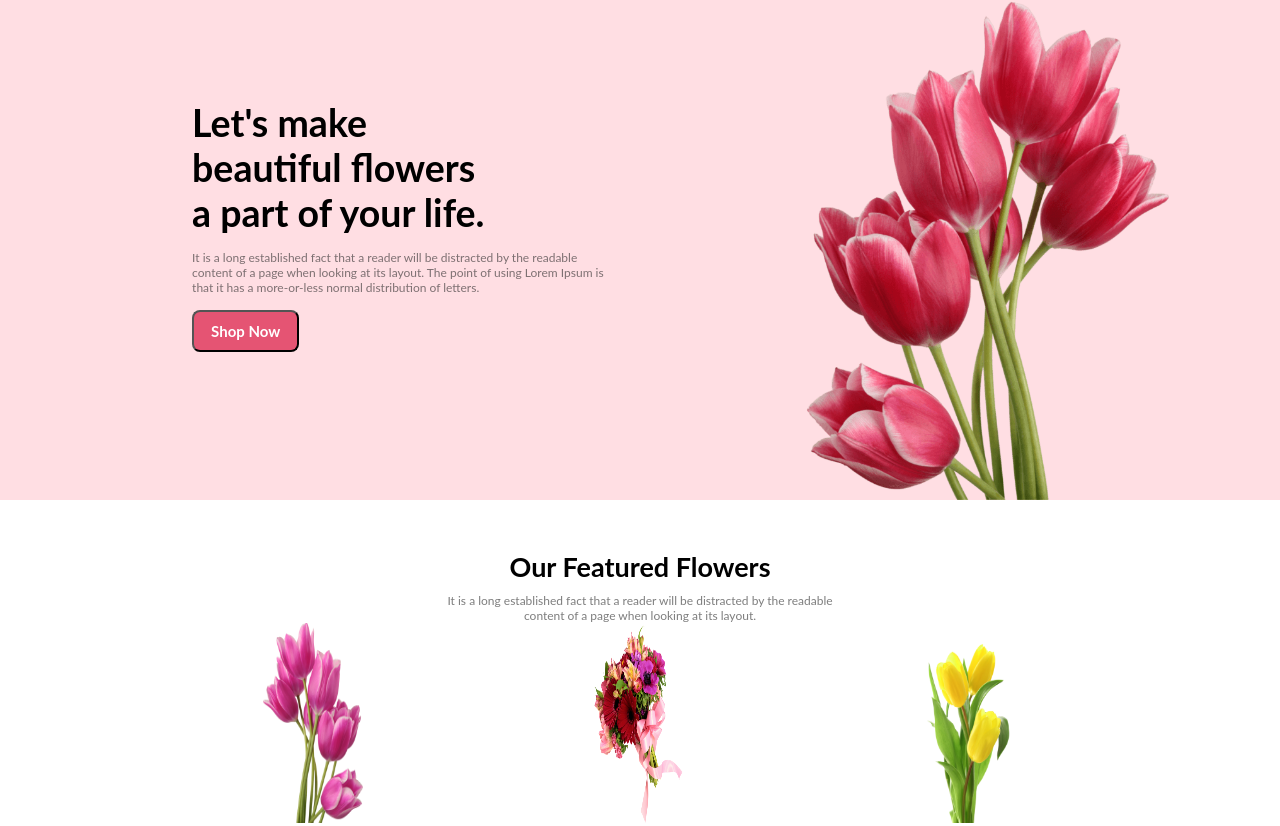
Repository: sadiaafsana138/Flower-Shop_Responsive
Page: index.html
An editor plug-in stored every save of this project. The page is shown before and after the next save, followed by the edit.
The browser window is 1280 px wide. The pictures show the whole page.

Above is the page before, as saved 2023-08-30 03:59:31.

### index.html
<!DOCTYPE html>
<html lang="en">

<head>
    <meta charset="UTF-8">
    <meta name="viewport" content="width=device-width, initial-scale=1.0">
    <title>Flower Shop</title>
    <link rel="stylesheet" href="Flower.css">
</head>

<body>
    <header>
        <section class="Section1">
            <div>
                <div class="HeaderText" id="HeaderText1">
                    <h1>
                        Let's make<br>beautiful flowers<br>a part of your life.
                    </h1>
                </div>
                <div id="HeaderText2">
                    <p>
                        It is a long established fact that a reader will be distracted by the readable<br>content of a
                        page when looking at its layout. The point of using Lorem Ipsum is<br>that it has a more-or-less
                        normal distribution of letters.
                    </p>
                </div>
                <button class="Main_button">
                    Shop Now
                </button>
            </div>
            <div>
                <img src="Images/1.png" alt="Cover image" height="500px" width="400px">
            </div>
        </section>
    </header>
    <main>
        <section class="Section2">
            <div>
                <div id="Section_2_header1">
                    <h1>
                        Our Featured Flowers
                    </h1>
                </div>
                <div>
                    <p id="Section_2_header2">
                    It is a long established fact that a reader will be distracted by the readable<br>content of a page when looking at its layout.
                    </p>
                </div>
            </div>
            <div class="Section_2_pictures">
                <div id="sec2_pic1">
                     <img src="Images/2.png" alt="" height="200px" width="100px">
                </div>
                <div>
                    <img src="Images/3.png" alt="" height="200px" width="100px">
                </div>
                <div>
                    <img src="Images/4.png" alt="" height="200px" width="100px">
                </div>
            </div>
        </section>
        <section class="Section3"></section>
        <section class="Section4"></section>
        <section class="Section5"></section>
        <section class="Section6"></section>
        <section class="Section7"></section>
        <section class="Section8"></section>
    </main>
    <footer>

    </footer>
</body>

</html>

### Flower.css
*{
    margin:0px;
    font-family: Lato;
    font-style: normal;
}
/*Section 1*/
.Section1{
    background-color: rgb(255, 222, 227);
    height:500px;
    width: 100%;
    display: flex;
    justify-content: space-around;
}
#HeaderText1{
    padding: 100px 70px 5px 100px;
    font-size:  25px;
    font-weight: 800;

}
#HeaderText2{
    padding: 10px 0px 5px 100px;
    font-size:  12px;
    font-weight: 400;
    color:rgba(39, 39, 39, 0.60);
}
.Main_button{
    border-radius: 8px;
    background: #E55473;
    color: #FFF;
    font-size: 15px;
    font-weight: 700;
    padding: 10px 17px;
    margin: 10px 0px 0px 100px;
}
/*Section 2*/
#Section_2_header1{
    padding: 50px 0px 10px 0px;
    font-size:  18px;
    font-weight: 800;
    text-align: center;
}
#Section_2_header2{
    font-size:  12px;
    font-weight: 400;
    color:rgba(39, 39, 39, 0.60);
    text-align: center;
}

.Section_2_pictures{
    margin: 0px 150px;
    justify-content: space-around;
    display: flex;
}

After the next save:
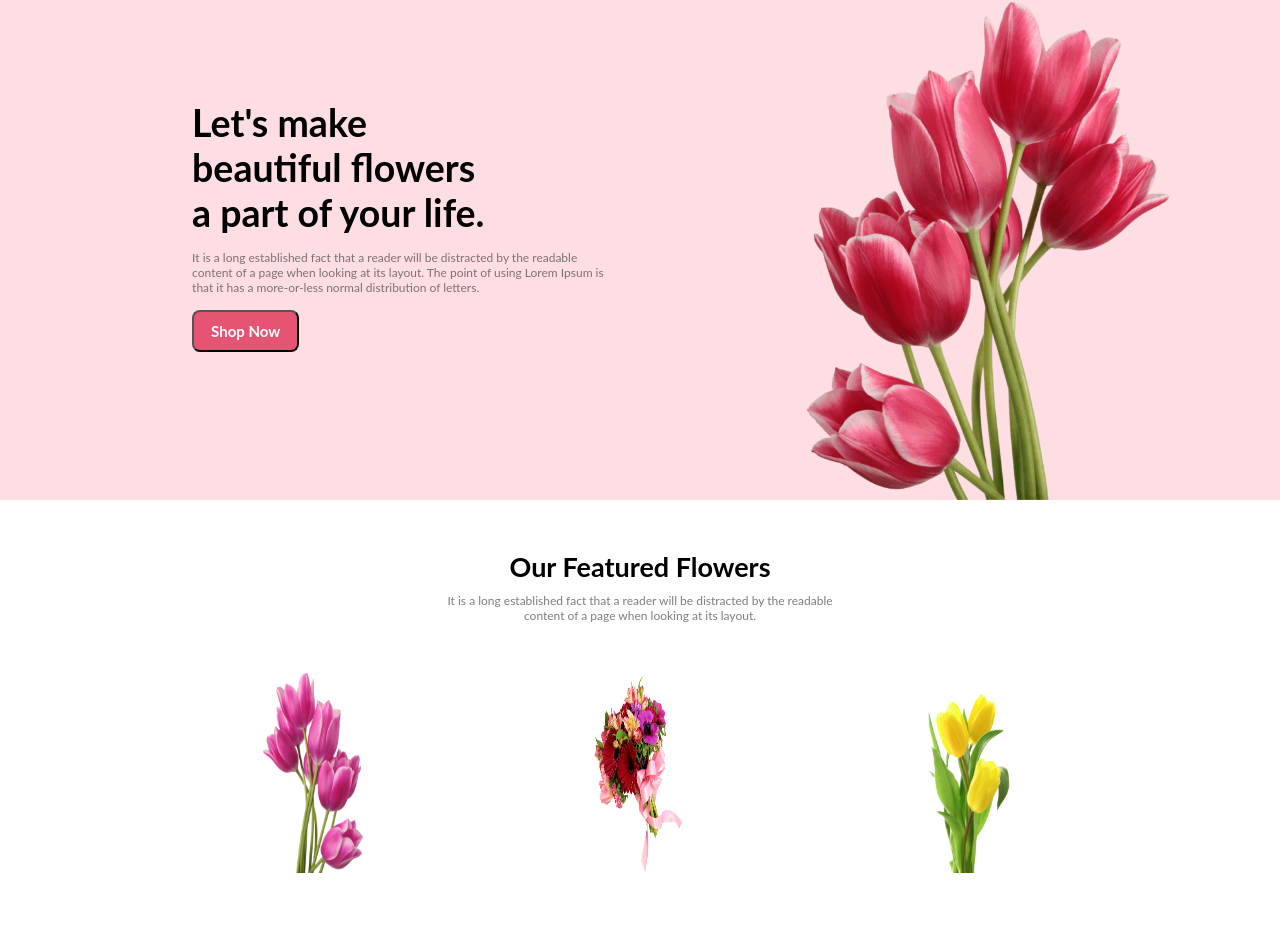
Saved 38 s later.
--- a/Flower.css
+++ b/Flower.css
@@ -47,7 +47,7 @@
 }
 
 .Section_2_pictures{
-    margin: 0px 150px;
+    margin: 50px 150px;
     justify-content: space-around;
     display: flex;
 }
